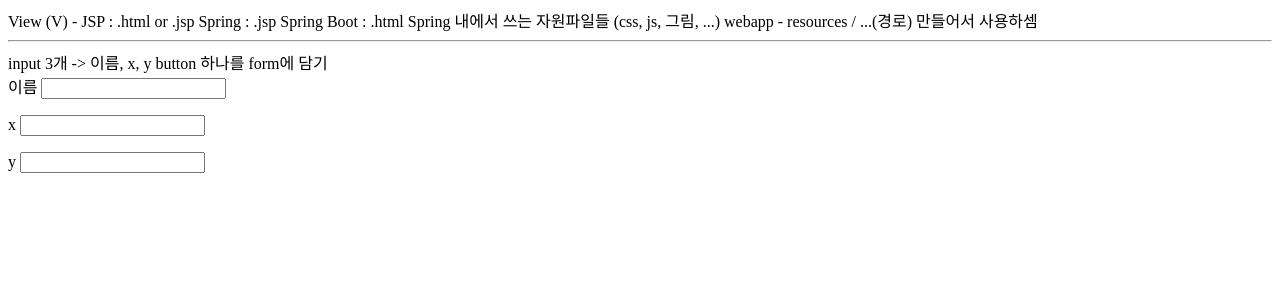
Repository: moondolph/SKKU_IT_Education
Page: http://localhost/Sep30_2_SpringMVC/WEB-INF/views/index.jsp
The author's editor kept a copy of each file at every save. The page is drawn from the files as they stood at one save, then again after the next save.
The browser window is 1280 px wide. The pictures show the whole page.
The page is served by Tomcat 9. Nobody is signed in. The template is opened directly, without the code that normally fills it, so the values that code supplies are empty.

Above is the page before, as saved 2022-09-30 01:51:12.

After the next save:
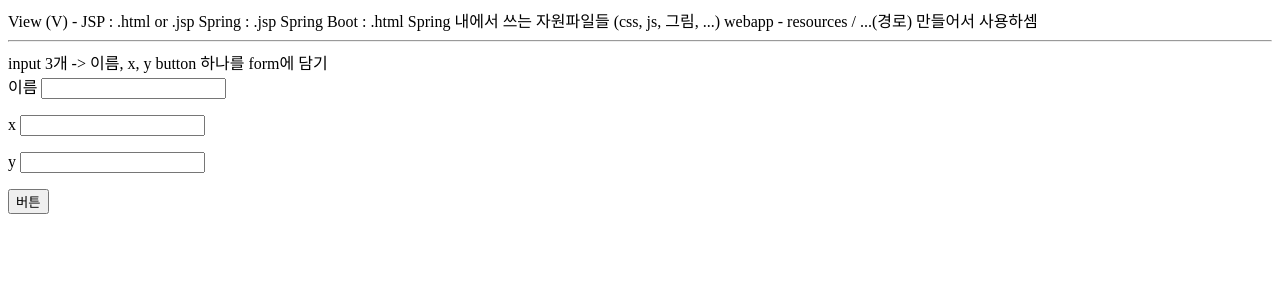
Saved 11 s later.
--- a/Sep30_2_SpringMVC/src/main/webapp/WEB-INF/views/index.jsp
+++ b/Sep30_2_SpringMVC/src/main/webapp/WEB-INF/views/index.jsp
@@ -22,7 +22,7 @@
 	이름 <input name="n"> <p>
 	 x <input name="x"> <p>
 	 y <input name="y"> <p>
-
+	<button>버튼</button>
 	</form>
 
 
